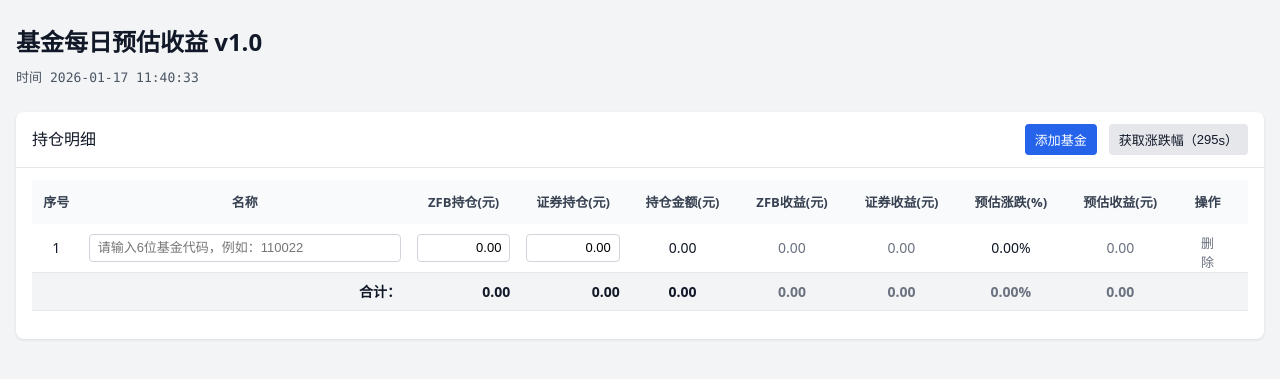
Repository: zt-boom/finance
Page: index.html
These files come from the project's save history. The page is drawn as it stood at one moment and after the next save; the edit follows.
The browser window is 1280 px wide. The pictures show the whole page.

Above is the page before, as saved 2026-01-18 00:06:59.

### index.html
<!DOCTYPE html>
<html lang="zh-CN">
<head>
<meta charset="UTF-8">
<title>基金每日预估收益 v1.0</title>
<meta name="viewport" content="width=device-width,initial-scale=1">
<link rel="stylesheet" href="./style.css">
</head>
<body>
<div class="app">
<header class="app-header">
<h1>基金每日预估收益 v1.0</h1>
<div class="date-row">
<span>时间</span>
<span id="current-date"></span>
</div>
</header>
<main class="app-main">
<section class="card">
<div class="card-header">
<h2>持仓明细</h2>
<div class="card-header-actions">
<button id="add-fund-btn" class="primary-button">添加基金</button>
<button id="fetch-percent-btn" class="secondary-button">
获取涨跌幅（<span id="auto-refresh-countdown">300</span>s）
</button>
</div>
</div>
<div class="card-body">
<div class="table-wrapper">
<table class="fund-table">
<thead>
<tr>
<th class="index-col">序号</th>
<th>名称</th>
<th>ZFB持仓(元)</th>
<th>证券持仓(元)</th>
<th>持仓金额(元)</th>
<th>ZFB收益(元)</th>
<th>证券收益(元)</th>
<th>预估涨跌(%)</th>
<th>预估收益(元)</th>
<th>操作</th>
</tr>
</thead>
<tbody id="fund-table-body"></tbody>
        <tfoot>
          <tr class="summary-row">
            <td colspan="2">合计：</td>
            <td><span id="total-zfb-amount">0.00</span></td>
            <td><span id="total-stock-amount">0.00</span></td>
            <td><span id="total-amount">0.00</span></td>
            <td><span id="total-zfb-profit">0.00</span></td>
            <td><span id="total-stock-profit">0.00</span></td>
            <td><span id="total-percent">0.00%</span></td>
            <td><span id="total-profit">0.00</span></td>
            <td></td>
          </tr>
        </tfoot>
</table>
</div>
</div>
</section>
</main>
</div>
<script src="./main.js"></script>
</body>
</html>

### main.js
const STORAGE_KEY = "fund_holdings_v1";
let dragSourceRow = null;

function handleRowDragStart(event) {
const cell = event.currentTarget;
const row = cell.parentElement;
dragSourceRow = row;
row.classList.add("dragging");
if (event.dataTransfer) {
event.dataTransfer.effectAllowed = "move";
event.dataTransfer.setData("text/plain", "");
const rowRect = row.getBoundingClientRect();
const cellRect = cell.getBoundingClientRect();
const offsetX = (cellRect.left - rowRect.left) + (cellRect.width / 2);
const offsetY = (cellRect.top - rowRect.top) + (cellRect.height / 2);
event.dataTransfer.setDragImage(row, offsetX, offsetY);
}
}

function handleRowDragOver(event) {
event.preventDefault();
if (event.dataTransfer) {
event.dataTransfer.dropEffect = "move";
}
}

function handleRowDrop(event) {
event.preventDefault();
const targetCell = event.currentTarget;
const targetRow = targetCell.parentElement;
if (!dragSourceRow || dragSourceRow === targetRow) {
return;
}
const tbody = targetRow.parentElement;
const rows = Array.from(tbody.querySelectorAll('tr[data-role="fund-row"]'));
const sourceIndex = rows.indexOf(dragSourceRow);
const targetIndex = rows.indexOf(targetRow);
if (sourceIndex === -1 || targetIndex === -1) {
return;
}
if (sourceIndex < targetIndex) {
tbody.insertBefore(dragSourceRow, targetRow.nextSibling);
} else {
tbody.insertBefore(dragSourceRow, targetRow);
}
}

function handleRowDragEnd() {
const rows = document.querySelectorAll('tr[data-role="fund-row"]');
rows.forEach(row => {
row.classList.remove("dragging");
});
dragSourceRow = null;
updateRowIndices();
handleStorageUpdate();
calculateProfit();
}

function formatCurrency(value) {
if (Number.isNaN(value)) return "0.00";
return value.toFixed(2);
}

function formatNumber(value) {
if (Number.isNaN(value)) return "";
return value.toFixed(2);
}

function getTodayDateString() {
const now = new Date();
const year = String(now.getFullYear());
const month = String(now.getMonth() + 1).padStart(2, "0");
const day = String(now.getDate()).padStart(2, "0");
const hours = String(now.getHours()).padStart(2, "0");
const minutes = String(now.getMinutes()).padStart(2, "0");
const seconds = String(now.getSeconds()).padStart(2, "0");
return `${year}-${month}-${day} ${hours}:${minutes}:${seconds}`;
}

const fundJsonpRequests = [];
let isFetchingPercentages = false;

function isChromeExtensionEnv() {
if (typeof chrome === "undefined") {
return false;
}
if (!chrome.runtime) {
return false;
}
return Boolean(chrome.runtime.id);
}

function fetchFundJsonViaExtension(code) {
return new Promise((resolve, reject) => {
if (!code) {
reject(new Error("缺少基金代码"));
return;
}
if (!isChromeExtensionEnv()) {
reject(new Error("当前环境不是 Chrome 插件"));
return;
}
try {
chrome.runtime.sendMessage(
{ type: "fetchFundJson", code },
response => {
if (chrome.runtime.lastError) {
reject(new Error("获取基金数据失败"));
return;
}
if (!response || !response.ok || !response.data) {
const message = response && response.error ? response.error : "获取基金数据失败";
reject(new Error(message));
return;
}
resolve(response.data);
}
);
} catch (e) {
reject(new Error("获取基金数据失败"));
}
});
}

function ensureJsonpHandler() {
if (window._fundJsonpInitialized) {
return;
}
    window._fundJsonpInitialized = true;
    window.jsonpgz = function (data) {
    if (!data || !data.fundcode) {
    return;
    }
    const code = data.fundcode;
    while (true) {
    let index = -1;
    for (let i = 0; i < fundJsonpRequests.length; i += 1) {
    if (fundJsonpRequests[i].code === code) {
    index = i;
    break;
    }
    }
    if (index === -1) {
    break;
    }
    const request = fundJsonpRequests.splice(index, 1)[0];
    try {
    const value = request.transform ? request.transform(data) : data;
    request.resolve(value);
    } catch (e) {
    if (request.reject) {
    if (e instanceof Error) {
    request.reject(e);
    } else {
    request.reject(new Error("解析基金数据失败"));
    }
    }
    }
    }
    const scripts = document.querySelectorAll(`script[data-fund-code="${code}"]`);
    scripts.forEach(script => {
    const parent = script.parentNode;
    if (parent) {
    parent.removeChild(script);
    }
    });
    };
}

function fetchFundEstimate(code) {
return new Promise((resolve, reject) => {
if (!code) {
reject(new Error("缺少基金代码"));
return;
}
if (isChromeExtensionEnv()) {
fetchFundJsonViaExtension(code).then(data => {
const percent = parseFloat(data.gszzl);
if (Number.isNaN(percent)) {
reject(new Error("无效的涨跌幅数据"));
return;
}
resolve(percent);
}).catch(reject);
return;
}
ensureJsonpHandler();
    fundJsonpRequests.push({
    code,
    resolve,
    reject,
    transform: data => {
    const percent = parseFloat(data.gszzl);
    if (Number.isNaN(percent)) {
    throw new Error("无效的涨跌幅数据");
    }
    return percent;
    }
    });
    const script = document.createElement("script");
    script.src = `https://fundgz.1234567.com.cn/js/${code}.js?rt=${Date.now()}`;
    script.dataset.fundCode = code;
    script.onerror = () => {
    for (let i = 0; i < fundJsonpRequests.length; i += 1) {
    if (fundJsonpRequests[i].code === code) {
    const request = fundJsonpRequests.splice(i, 1)[0];
    request.reject(new Error("获取基金数据失败"));
    break;
    }
    }
    script.remove();
    };
    document.body.appendChild(script);
});
}

function fetchFundInfo(code) {
return new Promise((resolve, reject) => {
if (!code) {
reject(new Error("缺少基金代码"));
return;
}
if (isChromeExtensionEnv()) {
fetchFundJsonViaExtension(code).then(data => {
resolve(data);
}).catch(reject);
return;
}
ensureJsonpHandler();
    fundJsonpRequests.push({
    code,
    resolve,
    reject,
    transform: data => data
    });
    const script = document.createElement("script");
    script.src = `https://fundgz.1234567.com.cn/js/${code}.js?rt=${Date.now()}`;
    script.dataset.fundCode = code;
    script.onerror = () => {
    for (let i = 0; i < fundJsonpRequests.length; i += 1) {
    if (fundJsonpRequests[i].code === code) {
    const request = fundJsonpRequests.splice(i, 1)[0];
    request.reject(new Error("获取基金数据失败"));
    break;
    }
    }
    script.remove();
    };
    document.body.appendChild(script);
});
}

function parseFundCodeFromName(name) {
if (!name) return null;
const match = name.match(/(\d{6})/);
if (!match) {
return null;
}
return match[1];
}

function loadHoldingsFromStorage() {
try {
const raw = window.localStorage.getItem(STORAGE_KEY);
if (!raw) return [];
const parsed = JSON.parse(raw);
if (!Array.isArray(parsed)) return [];
return parsed;
} catch (e) {
return [];
}
}

function saveHoldingsToStorage(holdings) {
try {
const serialized = JSON.stringify(holdings);
window.localStorage.setItem(STORAGE_KEY, serialized);
} catch (e) {
}
}

function createTableRow(fund) {
const tr = document.createElement("tr");
const indexTd = document.createElement("td");
const nameTd = document.createElement("td");
const zfbAmountTd = document.createElement("td");
const stockAmountTd = document.createElement("td");
const amountTd = document.createElement("td");
const zfbProfitTd = document.createElement("td");
const stockProfitTd = document.createElement("td");
const percentTd = document.createElement("td");
const profitTd = document.createElement("td");
const actionsTd = document.createElement("td");
const nameInput = document.createElement("input");
nameInput.type = "text";
nameInput.value = fund.name || "";
nameInput.placeholder = "请输入6位基金代码，例如：110022";
nameInput.addEventListener("change", handleStorageUpdate);
nameInput.addEventListener("keydown", event => {
if (event.key === "Enter") {
event.preventDefault();
const raw = nameInput.value.trim();
const code = parseFundCodeFromName(raw);
if (!code) {
window.alert("请先输入6位基金代码");
return;
}
const rows = document.querySelectorAll('tr[data-role="fund-row"]');
let duplicate = false;
rows.forEach(row => {
const inputs = row.querySelectorAll("input");
const otherNameInput = inputs[0];
if (!otherNameInput || otherNameInput === nameInput) {
return;
}
const otherCode = parseFundCodeFromName(otherNameInput.value.trim());
if (otherCode && otherCode === code) {
duplicate = true;
}
});
if (duplicate) {
window.alert("该基金代码已存在，请不要重复添加");
return;
}
nameInput.disabled = true;
fetchFundInfo(code).then(data => {
nameInput.disabled = false;
if (!data || !data.name) {
window.alert("未能获取基金名称，请检查基金代码");
return;
}
nameInput.value = `${code}  ${data.name}`;
handleStorageUpdate();
}).catch(() => {
nameInput.disabled = false;
window.alert("未能获取基金名称，请检查基金代码或网络连接");
});
}
});
const zfbInput = document.createElement("input");
zfbInput.type = "number";
zfbInput.step = "0.01";
zfbInput.min = "0";
zfbInput.value = fund.zfbAmount != null ? formatCurrency(Number(fund.zfbAmount)) : "0.00";
zfbInput.addEventListener("blur", () => {
const value = parseFloat(zfbInput.value);
const normalized = Number.isNaN(value) ? 0 : value;
zfbInput.value = formatCurrency(normalized);
});
zfbInput.addEventListener("input", () => {
calculateProfit();
});
zfbInput.addEventListener("change", () => {
handleStorageUpdate();
calculateProfit();
});
zfbInput.className = "narrow-number-input";
const stockInput = document.createElement("input");
stockInput.type = "number";
stockInput.step = "0.01";
stockInput.min = "0";
stockInput.value = fund.stockAmount != null ? formatCurrency(Number(fund.stockAmount)) : "0.00";
stockInput.addEventListener("blur", () => {
const value = parseFloat(stockInput.value);
const normalized = Number.isNaN(value) ? 0 : value;
stockInput.value = formatCurrency(normalized);
});
stockInput.addEventListener("input", () => {
calculateProfit();
});
stockInput.addEventListener("change", () => {
handleStorageUpdate();
calculateProfit();
});
stockInput.className = "narrow-number-input";
const amountSpan = document.createElement("span");
amountSpan.dataset.role = "amount-display";
amountSpan.textContent = "0.00";
const zfbProfitSpan = document.createElement("span");
zfbProfitSpan.textContent = "0.00";
const stockProfitSpan = document.createElement("span");
stockProfitSpan.textContent = "0.00";
const percentSpan = document.createElement("span");
percentSpan.textContent = "0.00%";
const profitSpan = document.createElement("span");
profitSpan.textContent = "0.00";
const deleteButton = document.createElement("button");
deleteButton.textContent = "删除";
deleteButton.className = "danger-button";
deleteButton.addEventListener("click", () => {
const inputs = tr.querySelectorAll("input");
const nameValue = inputs[0] ? inputs[0].value.trim() : "";
const zfbValue = inputs[1] ? inputs[1].value.trim() : "";
const stockValue = inputs[2] ? inputs[2].value.trim() : "";
const isEmptyRow = !nameValue && !zfbValue && !stockValue;
if (!isEmptyRow) {
const confirmed = window.confirm("确定要删除这条持仓记录吗？");
if (!confirmed) {
return;
}
}
tr.remove();
handleStorageUpdate();
calculateProfit();
updateRowIndices();
});
indexTd.dataset.role = "row-index";
indexTd.draggable = true;
indexTd.addEventListener("dragstart", handleRowDragStart);
indexTd.addEventListener("dragover", handleRowDragOver);
indexTd.addEventListener("drop", handleRowDrop);
indexTd.addEventListener("dragend", handleRowDragEnd);
zfbProfitTd.dataset.role = "zfb-profit-cell";
stockProfitTd.dataset.role = "stock-profit-cell";
percentTd.dataset.role = "percent-cell";
profitTd.dataset.role = "profit-cell";
nameTd.appendChild(nameInput);
zfbAmountTd.appendChild(zfbInput);
stockAmountTd.appendChild(stockInput);
amountTd.appendChild(amountSpan);
zfbProfitTd.appendChild(zfbProfitSpan);
stockProfitTd.appendChild(stockProfitSpan);
percentTd.appendChild(percentSpan);
profitTd.appendChild(profitSpan);
actionsTd.appendChild(deleteButton);
tr.appendChild(indexTd);
tr.appendChild(nameTd);
tr.appendChild(zfbAmountTd);
tr.appendChild(stockAmountTd);
tr.appendChild(amountTd);
tr.appendChild(zfbProfitTd);
tr.appendChild(stockProfitTd);
tr.appendChild(percentTd);
tr.appendChild(profitTd);
tr.appendChild(actionsTd);
tr.dataset.role = "fund-row";
return tr;
}

function readHoldingsFromTable() {
const rows = document.querySelectorAll('tr[data-role="fund-row"]');
const holdings = [];
rows.forEach(row => {
const inputs = row.querySelectorAll("input");
const nameInput = inputs[0];
const zfbInput = inputs[1];
const stockInput = inputs[2];
const name = nameInput.value.trim();
const zfbAmount = parseFloat(zfbInput.value);
const stockAmount = parseFloat(stockInput.value);
const hasZfb = !Number.isNaN(zfbAmount) && zfbAmount > 0;
const hasStock = !Number.isNaN(stockAmount) && stockAmount > 0;
if (!name && !hasZfb && !hasStock) {
return;
}
holdings.push({
name,
zfbAmount: hasZfb ? zfbAmount : 0,
stockAmount: hasStock ? stockAmount : 0
});
});
return holdings;
}

function handleStorageUpdate() {
const holdings = readHoldingsFromTable();
saveHoldingsToStorage(holdings);
}

function populateTableFromStorage() {
const tbody = document.getElementById("fund-table-body");
tbody.innerHTML = "";
const holdings = loadHoldingsFromStorage();
if (holdings.length === 0) {
const row = createTableRow({ name: "", zfbAmount: null, stockAmount: null });
tbody.appendChild(row);
updateRowIndices();
calculateProfit();
return;
}
holdings.forEach(fund => {
const row = createTableRow({
name: fund.name || "",
zfbAmount: fund.zfbAmount != null ? fund.zfbAmount : null,
stockAmount: fund.stockAmount != null ? fund.stockAmount : null
});
tbody.appendChild(row);
});
updateRowIndices();
calculateProfit();
}

function calculateProfit() {
const rows = document.querySelectorAll('tr[data-role="fund-row"]');
let totalZfbAmount = 0;
let totalStockAmount = 0;
let totalZfbProfit = 0;
let totalStockProfit = 0;
let totalProfit = 0;
let totalHoldingAmount = 0;
rows.forEach(row => {
const inputs = row.querySelectorAll("input");
const zfbInput = inputs[1];
const stockInput = inputs[2];
const amountSpan = row.querySelector('span[data-role="amount-display"]');
const percentCell = row.querySelector('td[data-role="percent-cell"] span');
const profitCell = row.querySelector('td[data-role="profit-cell"] span');
const zfbProfitCell = row.querySelector('td[data-role="zfb-profit-cell"] span');
const stockProfitCell = row.querySelector('td[data-role="stock-profit-cell"] span');
const zfbAmount = zfbInput ? parseFloat(zfbInput.value) : NaN;
const stockAmount = stockInput ? parseFloat(stockInput.value) : NaN;
const normalizedZfb = Number.isNaN(zfbAmount) ? 0 : zfbAmount;
const normalizedStock = Number.isNaN(stockAmount) ? 0 : stockAmount;
const amount = normalizedZfb + normalizedStock;
const percent = percentCell ? parseFloat(percentCell.textContent) : NaN;
totalZfbAmount += normalizedZfb;
totalStockAmount += normalizedStock;
if (amountSpan) {
amountSpan.textContent = formatCurrency(amount);
}
if (amount > 0) {
totalHoldingAmount += amount;
}
if (amount <= 0 || Number.isNaN(percent)) {
if (zfbProfitCell) {
zfbProfitCell.textContent = "0.00";
applyProfitColor(zfbProfitCell, 0);
}
if (stockProfitCell) {
stockProfitCell.textContent = "0.00";
applyProfitColor(stockProfitCell, 0);
}
if (profitCell) {
profitCell.textContent = "0.00";
applyProfitColor(profitCell, 0);
}
return;
}
const zfbProfit = normalizedZfb * percent / 100;
const stockProfit = normalizedStock * percent / 100;
const profit = zfbProfit + stockProfit;
totalZfbProfit += zfbProfit;
totalStockProfit += stockProfit;
totalProfit += profit;
if (zfbProfitCell) {
zfbProfitCell.textContent = formatCurrency(zfbProfit);
applyProfitColor(zfbProfitCell, zfbProfit);
}
if (stockProfitCell) {
stockProfitCell.textContent = formatCurrency(stockProfit);
applyProfitColor(stockProfitCell, stockProfit);
}
if (profitCell) {
profitCell.textContent = formatCurrency(profit);
applyProfitColor(profitCell, profit);
}
});
const totalZfbAmountElement = document.getElementById("total-zfb-amount");
if (totalZfbAmountElement) {
totalZfbAmountElement.textContent = formatCurrency(totalZfbAmount);
}
const totalStockAmountElement = document.getElementById("total-stock-amount");
if (totalStockAmountElement) {
totalStockAmountElement.textContent = formatCurrency(totalStockAmount);
}
const totalAmountElement = document.getElementById("total-amount");
if (totalAmountElement) {
totalAmountElement.textContent = formatCurrency(totalHoldingAmount);
}
const totalPercentElement = document.getElementById("total-percent");
if (totalPercentElement) {
const totalPercent = totalHoldingAmount > 0 ? (totalProfit / totalHoldingAmount) * 100 : 0;
totalPercentElement.textContent = `${formatNumber(totalPercent)}%`;
applyProfitColor(totalPercentElement, totalPercent);
}
const totalZfbProfitElement = document.getElementById("total-zfb-profit");
if (totalZfbProfitElement) {
totalZfbProfitElement.textContent = formatCurrency(totalZfbProfit);
applyProfitColor(totalZfbProfitElement, totalZfbProfit);
}
const totalStockProfitElement = document.getElementById("total-stock-profit");
if (totalStockProfitElement) {
totalStockProfitElement.textContent = formatCurrency(totalStockProfit);
applyProfitColor(totalStockProfitElement, totalStockProfit);
}
const totalProfitElement = document.getElementById("total-profit");
totalProfitElement.textContent = formatCurrency(totalProfit);
applyProfitColor(totalProfitElement, totalProfit);
if (isChromeExtensionEnv()) {
updateExtensionBadge(totalProfit);
}
}

function updateExtensionBadge(value) {
if (!isChromeExtensionEnv()) {
return;
}
let text = "";
if (Number.isNaN(value)) {
text = "";
} else {
const abs = Math.abs(value);
if (abs === 0) {
text = "0";
} else if (abs < 1000) {
text = String(Math.round(abs));
} else {
const absInK = abs / 1000;
let formatted = absInK.toFixed(2);
text = `${formatted}k`;
if (text.length > 4) {
formatted = absInK.toFixed(1);
text = `${formatted}k`;
}
if (text.length > 4) {
const intK = Math.round(absInK);
text = `${intK}k`;
}
if (text.length > 4) {
const core = String(Math.round(absInK));
text = `${core.slice(0, 3)}k`;
}
}
}
let color = "#6b7280";
if (!Number.isNaN(value)) {
if (value > 0) {
color = "#ef4444";
} else if (value < 0) {
color = "#10b981";
}
}
try {
chrome.runtime.sendMessage({ type: "updateBadge", text, color });
} catch (e) {
}
}

function autoFetchPercentages(options) {
if (isFetchingPercentages) {
return;
}
const useButton = !options || options.useButton !== false;
const showAlert = !options || options.showAlert !== false;
const rows = document.querySelectorAll('tr[data-role="fund-row"]');
const promises = [];
rows.forEach(row => {
const inputs = row.querySelectorAll("input");
const nameInput = inputs[0];
const name = nameInput ? nameInput.value.trim() : "";
const code = parseFundCodeFromName(name);
if (!code) {
return;
}
const percentCell = row.querySelector('td[data-role="percent-cell"] span');
if (!percentCell) {
return;
}
const promise = fetchFundEstimate(code).then(percent => {
const value = formatNumber(percent);
percentCell.textContent = `${value}%`;
return true;
}).catch(() => false);
promises.push(promise);
});
if (promises.length === 0) {
if (showAlert) {
window.alert("请先在名称中输入包含6位基金代码的内容");
}
return;
}
const fetchButton = useButton ? document.getElementById("fetch-percent-btn") : null;
if (fetchButton) {
fetchButton.disabled = true;
}
isFetchingPercentages = true;
Promise.all(promises).then(results => {
isFetchingPercentages = false;
const successCount = results.filter(Boolean).length;
if (fetchButton) {
fetchButton.disabled = false;
}
if (successCount === 0) {
if (showAlert) {
window.alert("未能获取任何基金的预估涨跌，请检查基金代码或网络连接");
}
return;
}
calculateProfit();
});
}

function applyProfitColor(element, value) {
if (!element) {
return;
}
element.classList.remove("value-positive", "value-negative", "value-zero");
if (Number.isNaN(value)) {
return;
}
if (value > 0) {
element.classList.add("value-positive");
} else if (value < 0) {
element.classList.add("value-negative");
} else {
element.classList.add("value-zero");
}
}

function initApp() {
const dateElement = document.getElementById("current-date");
if (dateElement) {
dateElement.textContent = getTodayDateString();
}
populateTableFromStorage();
  const addFundButton = document.getElementById("add-fund-btn");
  const fetchPercentButton = document.getElementById("fetch-percent-btn");
  const countdownElement = document.getElementById("auto-refresh-countdown");
const autoRefreshSeconds = 300;
let remainingSeconds = autoRefreshSeconds;
function updateCountdown() {
if (countdownElement) {
countdownElement.textContent = String(remainingSeconds);
}
}
function resetCountdown() {
remainingSeconds = autoRefreshSeconds;
updateCountdown();
}
updateCountdown();
  if (addFundButton) {
    addFundButton.addEventListener("click", () => {
      const tbody = document.getElementById("fund-table-body");
      const row = createTableRow({ name: "", zfbAmount: null, stockAmount: null });
      tbody.appendChild(row);
      updateRowIndices();
    });
  }
  if (fetchPercentButton) {
    fetchPercentButton.addEventListener("click", () => {
      autoFetchPercentages({ useButton: true, showAlert: true });
      resetCountdown();
    });
  }
if (dateElement) {
setInterval(() => {
dateElement.textContent = getTodayDateString();
}, 1000);
}
setInterval(() => {
remainingSeconds -= 1;
if (remainingSeconds <= 0) {
autoFetchPercentages({ useButton: false, showAlert: false });
remainingSeconds = autoRefreshSeconds;
}
updateCountdown();
}, 1000);
}

function updateRowIndices() {
const rows = document.querySelectorAll('tr[data-role="fund-row"]');
rows.forEach((row, index) => {
const indexCell = row.querySelector('td[data-role="row-index"]');
if (indexCell) {
indexCell.textContent = String(index + 1);
}
});
}

if (document.readyState === "loading") {
document.addEventListener("DOMContentLoaded", initApp);
} else {
initApp();
}

Loaded but not shown: style.css (365 lines, source omitted)

After the next save:
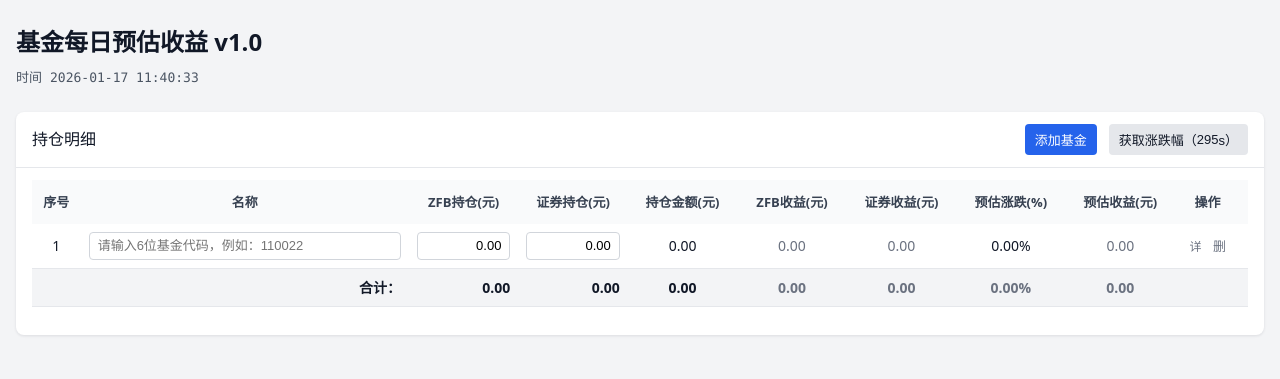
Saved 13 s later.
--- a/main.js
+++ b/main.js
@@ -384,8 +384,32 @@ const percentSpan = document.createElement("span");
 percentSpan.textContent = "0.00%";
 const profitSpan = document.createElement("span");
 profitSpan.textContent = "0.00";
+const viewButton = document.createElement("button");
+viewButton.type = "button";
+viewButton.textContent = "详";
+viewButton.className = "icon-button";
+viewButton.addEventListener("click", () => {
+const inputs = tr.querySelectorAll("input");
+const nameValue = inputs[0] ? inputs[0].value.trim() : "";
+const code = parseFundCodeFromName(nameValue);
+if (!code) {
+window.alert("请先在名称中输入包含6位基金代码的内容");
+return;
+}
+const url = `https://fund.eastmoney.com/${code}.html`;
+if (isChromeExtensionEnv()) {
+try {
+chrome.tabs.create({ url });
+} catch (e) {
+window.open(url, "_blank");
+}
+} else {
+window.open(url, "_blank");
+}
+});
 const deleteButton = document.createElement("button");
-deleteButton.textContent = "删除";
+deleteButton.type = "button";
+deleteButton.textContent = "删";
 deleteButton.className = "danger-button";
 deleteButton.addEventListener("click", () => {
 const inputs = tr.querySelectorAll("input");
@@ -422,6 +446,7 @@ zfbProfitTd.appendChild(zfbProfitSpan);
 stockProfitTd.appendChild(stockProfitSpan);
 percentTd.appendChild(percentSpan);
 profitTd.appendChild(profitSpan);
+actionsTd.appendChild(viewButton);
 actionsTd.appendChild(deleteButton);
 tr.appendChild(indexTd);
 tr.appendChild(nameTd);
